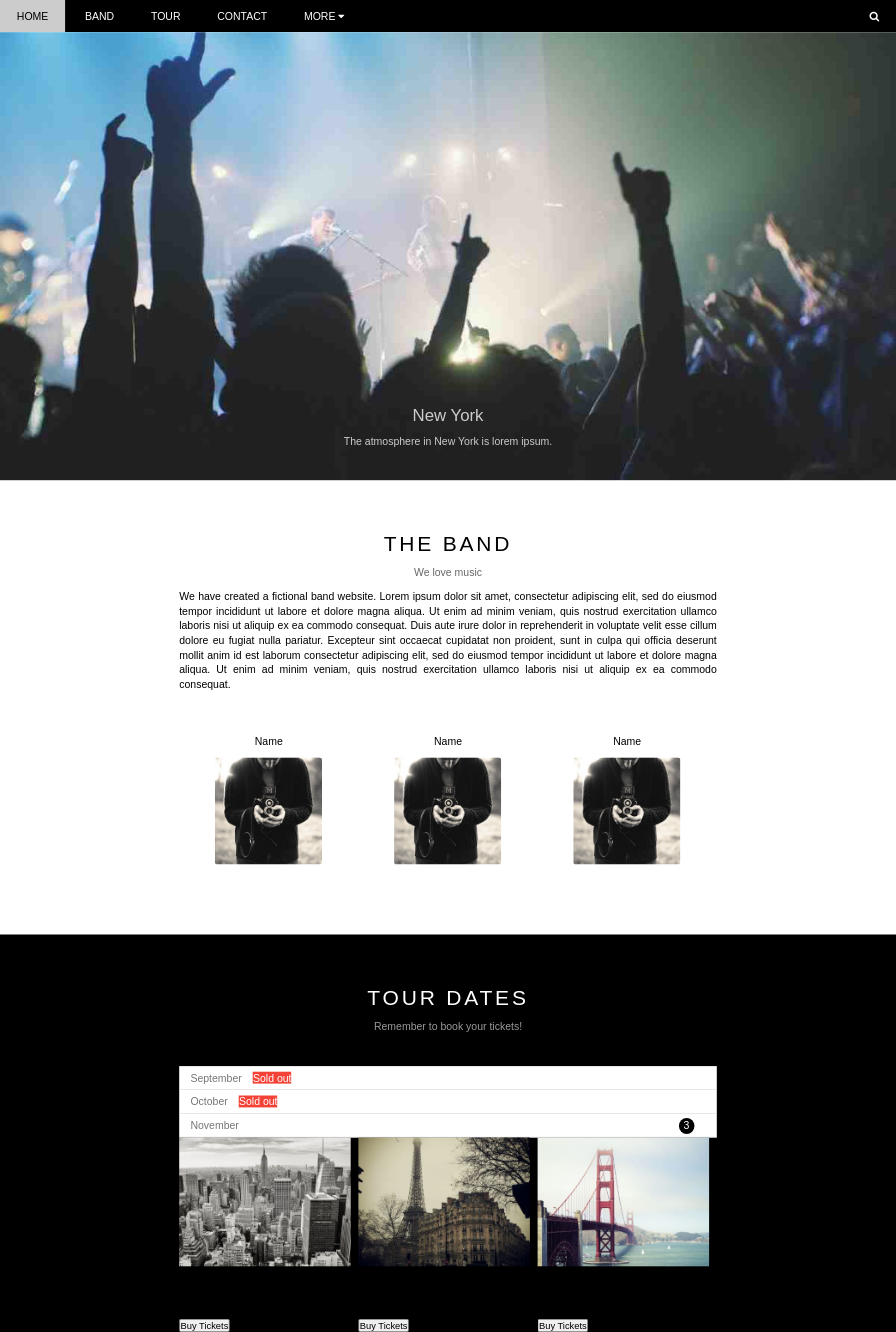
Repository: nguyenhoang2002062929/band
Page: index.html
The author's editor kept a copy of each file at every save. The page is drawn from the files as they stood at one save, then again after the next save.
The browser window is 1280 px wide. The pictures show the whole page, at 70% of full size.

Above is the page before, as saved 2023-06-05 14:51:27.

After the next save:
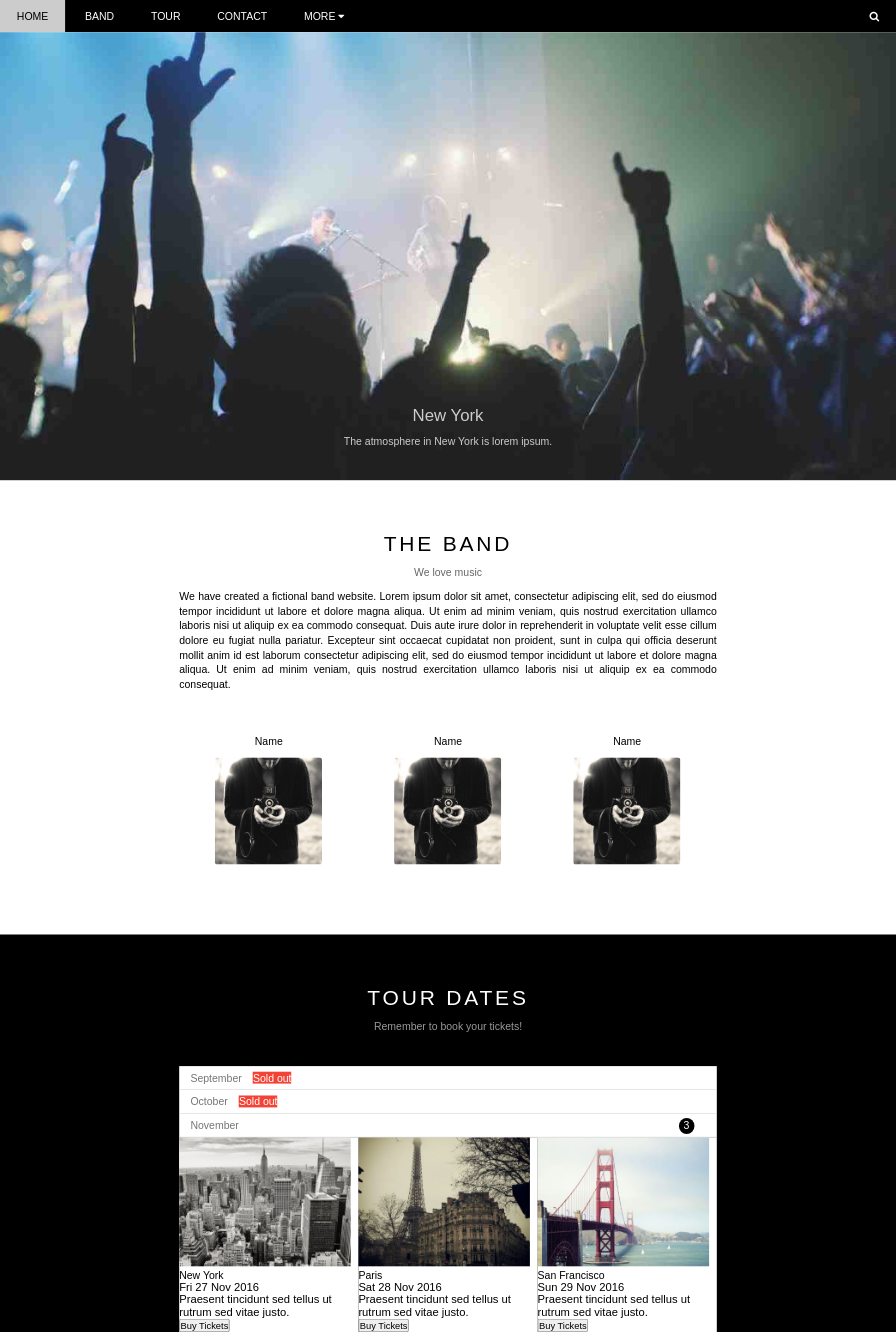
Saved 73 s later.
--- a/assets/css/style.css
+++ b/assets/css/style.css
@@ -185,7 +185,8 @@ cursor: pointer;
     display: flex;
 }
 .tour-places .places{
-    width: 33.333%
+    width: 33.333%;
+    background-color: #fff;
 }
 .places .name{
     font-size: 15px;
